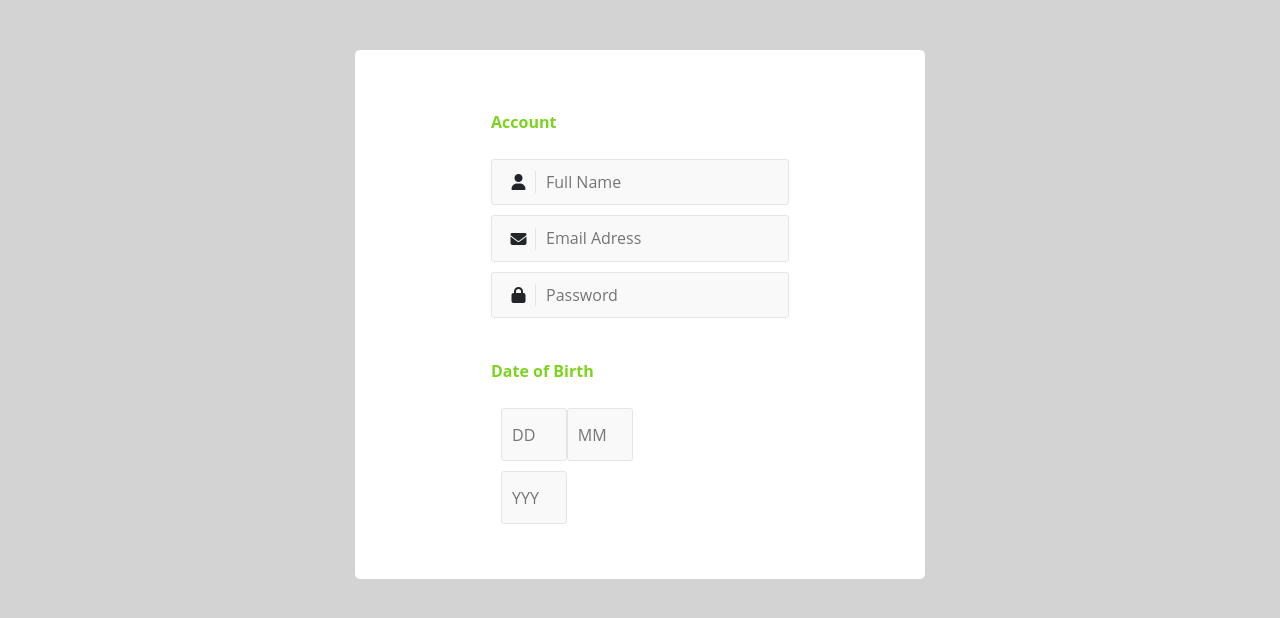
Repository: letrongtinh27/LapTrinhWeb
Page: Payment/index.html
These files come from the project's save history. The page is drawn as it stood at one moment and after the next save; the edit follows.
The browser window is 1280 px wide. The pictures show the whole page.

Above is the page before, as saved 2022-10-11 21:28:53.

### Payment/index.html
<!DOCTYPE html>
<html lang="en">
<head>
    <meta charset="UTF-8">
    <meta http-equiv="X-UA-Compatible" content="IE=edge">
    <meta name="viewport" content="width=device-width, initial-scale=1.0">
    <title>Document</title>
    <link rel="stylesheet" href="./reset.css">
    <link rel="stylesheet" href="./style.css">
    <link rel="stylesheet" href="https://cdn.jsdelivr.net/npm/bootstrap@4.3.1/dist/css/bootstrap.min.css" integrity="sha384-ggOyR0iXCbMQv3Xipma34MD+dH/1fQ784/j6cY/iJTQUOhcWr7x9JvoRxT2MZw1T" crossorigin="anonymous">
    <link rel="stylesheet" href="https://cdnjs.cloudflare.com/ajax/libs/font-awesome/6.2.0/css/all.min.css" integrity="sha512-xh6O/CkQoPOWDdYTDqeRdPCVd1SpvCA9XXcUnZS2FmJNp1coAFzvtCN9BmamE+4aHK8yyUHUSCcJHgXloTyT2A==" crossorigin="anonymous" referrerpolicy="no-referrer" />
</head>
<body>
    <div class="payment">
        <form action="#" class="form-payment">
            <h4 class="title">Account</h4>
            <div class="form-group">
            <div class="form-item">
                <input type="text" placeholder="Full Name">
                <div class="icon icon-name">
                    <i class="fa-solid fa-user"></i>
                </div>
            </div>
            <div class="form-item">
                <input type="email" placeholder="Email Adress">
                <div class="icon icon-email">
                    <i class="fa-solid fa-envelope"></i>
                </div>
            </div>
            <div class="form-item">
                <input type="password" placeholder="Password">
                <div class="icon icon-pass">
                    <i class="fa-solid fa-lock"></i>
                </div>
            </div>
        </div>
        <div class="form-group2">
            <div class="date">
                <h4 class="title">Date of Birth</h4>
                <div class="input-group">
                    <div class="item-input"> <input type="text" placeholder="DD"></div>
                    <div class="item-input"> <input type="text" placeholder="MM"></div>
                    <div class="item-input"> <input type="text" placeholder="YYY"></div>
                </div>
            </div>

        </div>

            <!-- <div class="form-item">
                <div class="card">
                    <input type="radio"> Credit Card
                    <i class="fa-brands fa-cc-visa"></i>
                </div>
                <div class="card">
                    <input type="radio"> Paypal
                    <i class="fa-brands fa-cc-paypal"></i>
                </div>
                </div> -->
                <!-- <div class="form-item">
                    <input type="text" placeholder="Card Number">
                    <div class="icon icon-card">
                        <i class="fa-solid fa-credit-card"></i>
                    </div>
                </div> -->
                <!-- <div class="form-item">
                   <div class="left">
                    <select name="" id="">
                        <option value="">01 Jan</option>
                        <option value="">02 Jan</option>
                    </select>
                    <select name="" id="">
                        <option value="">2015</option>
                        <option value="">2016</option>
                    </select>
                   </div>
                </div> -->
                <!-- <div class="form-item">
                    <h4 class="title">Terms and Conditions</h4>
                    <input type="radio">
                    <label for="">I accept the term and conditions for signing up to this service, and here by confirm i have read the privacy policy.</label>
                </div> -->
        </form>
    </div>
</body>
</html>

### Payment/style.css
/* https://codepen.io/josecarneiro/pen/Kwbapp @import: "libs/base.less"; */
body {
    font-family: 'Open Sans',sans-serif !important;
    background-color: lightgray !important;
}
.payment{
    width: 100%;
    max-width: 570px;
    margin: 50px auto;
    justify-content: center;
    align-items: center;
    display: flex;
    border-radius: 5px;
    background-color: #fff;
    padding: 35px 45px;
}
.form-payment{
    font-family: 'Open Sans',sans-serif;
}
.title{
    color: #7ed321;
    font-size: 16px;
    font-weight: bold;
    line-height: 1.5;
    margin: 25px 0px;
}
.form-group{
    position: relative;

}
.form-item, .item-input > input {
    width: 100%;
    padding: 10px;
    line-height: 1.4;
    border: 1px solid #e5e5e5;
    border-radius: 3px;
    background-color: #f9f9f9;
    margin-bottom: 10px;
}

.form-item > input{
    padding-left: 44px;
    border: 0;
    outline: none;
    background-color: #f9f9f9;
    margin: 0 auto;
}


.icon {
    display: block;
    position: absolute;
    width: 34px;
    text-align: center;
    border-right: 1px solid #e5e5e5;
}
.icon-name{
    top: 12px;
}
.icon-email{
    top: 69px;
}

.icon-pass {
    top: 125px;
}

.icon-card {
    top: 777px;
}

.form-group2 {
    display: block;
    width: 100%;
    height: 125px;
}

.date {
    padding-right: 10px;
    float: left;
    width: 50%;
}
.input-group{
    margin-bottom: 10px;
}
.item-input {
    padding-right: 10px;
    float: left;
    width: 33%;
    margin: 0 10px;
}

.item-input > input {
    width: 66px;
    height: 53px;

}

.card{

}
.right{

}
.left{

}

Loaded but not shown: Payment/reset.css (common file)

After the next save:
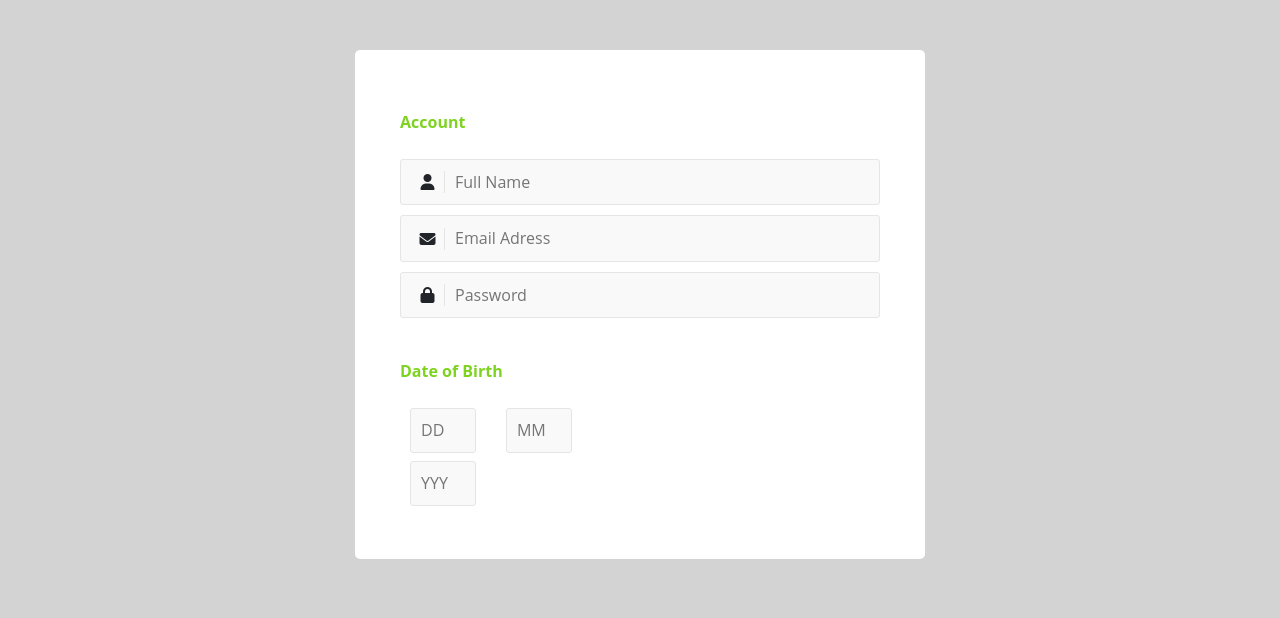
Saved 46 s later.
--- a/Payment/style.css
+++ b/Payment/style.css
@@ -87,13 +87,8 @@ body {
     padding-right: 10px;
     float: left;
     width: 33%;
+    height: 53px;
     margin: 0 10px;
-}
-
-.item-input > input {
-    width: 66px;
-    height: 53px;
-
 }
 
 .card{
